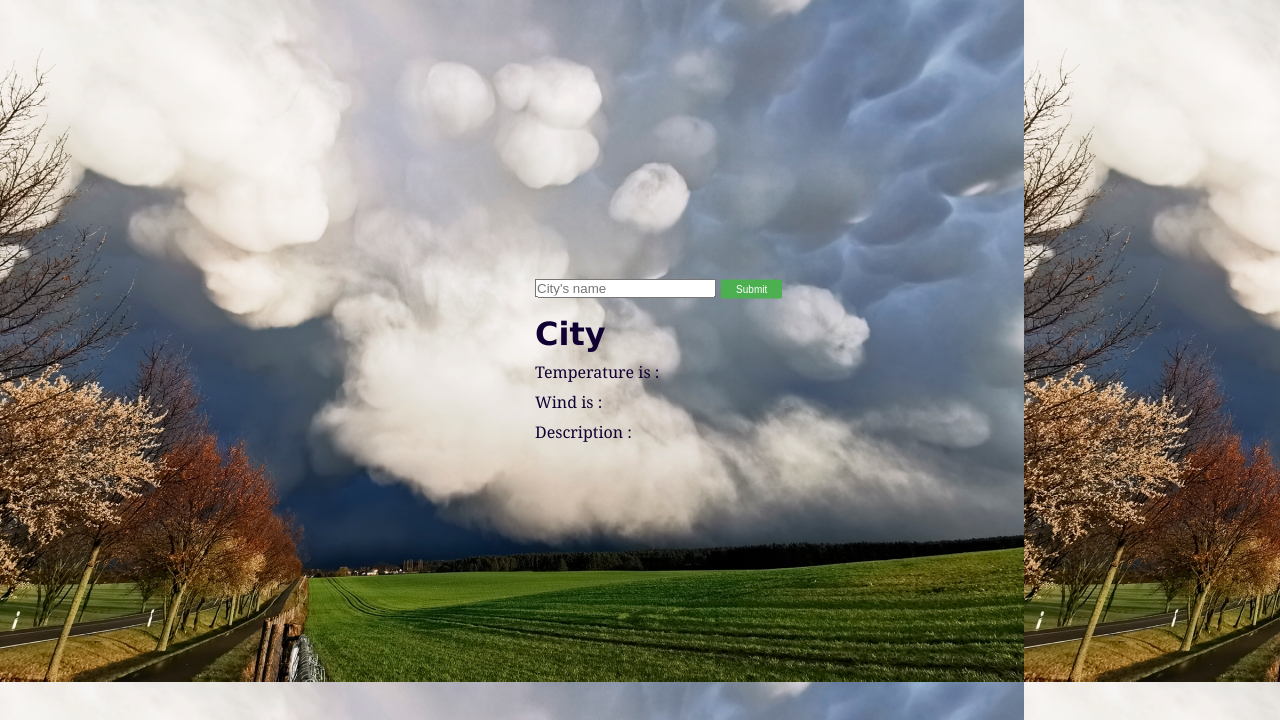
Repository: heartbreathing/searchWeather
Page: index.html
These files come from the project's save history. The page is drawn as it stood at one moment and after the next save; the edit follows.
The browser window is 1280 px wide. The pictures show the whole page.

Above is the page before, as saved 2022-11-06 22:55:43.

### index.html
<!DOCTYPE html>
<html lang="en">
  <head>
    <meta charset="UTF-8" />
    <meta http-equiv="X-UA-Compatible" content="IE=edge" />
    <meta name="viewport" content="width=device-width, initial-scale=1.0" />
    <title>search_weather</title>
    <link rel="stylesheet" href="index.css" />
  </head>
  <body>
    <div class="content">

      <form class="form">
        <input type="text" name="name" placeholder="City's name" />
        <button type="submit" class="btn">Submit</button>
      </form>
      <h1><span class="name" >City</span></h1>
      <p class="content_line">
        Temperature is : <span class="temperature"></span>
      </p>
      <p class="content_line">Wind is :<span class="wind"></span></p>
      <p class="content_line">Description :<span class="description"></span></p>
    </div>

    <script src="index.js"></script>
  </body>
</html>

### index.css
* {
    margin: 0;
    padding: 0;
    box-sizing: border-box ;
}
body {
    background-image: url(./image/background_image.jpg) ;
    font-family: 'Lucida Sans', 'Lucida Sans Regular', 'Lucida Grande', 'Lucida Sans Unicode', Geneva, Verdana, sans-serif ;
    color: rgb(16, 1, 50);
}
.content {
    position: absolute;
    display: inline-block;
    width: 300px;
    top:50%;
    left:50%;
    transform: translate(-35%, -50%);
    row-gap: 1rem;
}
h1 {
    margin-top: 1rem;
}
.content_line {
    font-family:Cambria, Cochin, Georgia, Times, 'Times New Roman', serif ;
    font-size: 1rem;
    margin-top: 0.5rem;
}
.btn {
    background-color: #4CAF50; /* Green */
    border: none;
    color: white;
    padding: 4px 15px;
    text-align: center;
    text-decoration: none;
    display: inline-block;
    font-size: 10px;
    border-radius: 2px;

}

### index.js
    "use strict";
      let form = document.querySelector('.form');
      let city;

      async function getData() {
        let res = await fetch(
          `https://goweather.herokuapp.com/weather/${city}`
        );
        const data = await res.json();

        const temp = document.querySelector('.temperature');
        const wind = document.querySelector('.wind');
        const forecast = document.querySelector('.content');
        const description = document.querySelector('.description');
        // const name = document.querySelector('.name')

        temp.innerHTML = data.temperature;
        wind.innerHTML = data.wind;
        description.innerHTML = data.description;
        // name.innerHTML = city

      }

      form.addEventListener('submit', function (event) {
        event.preventDefault();
        city = this.elements.name.value;
        getData();
      });

After the next save:
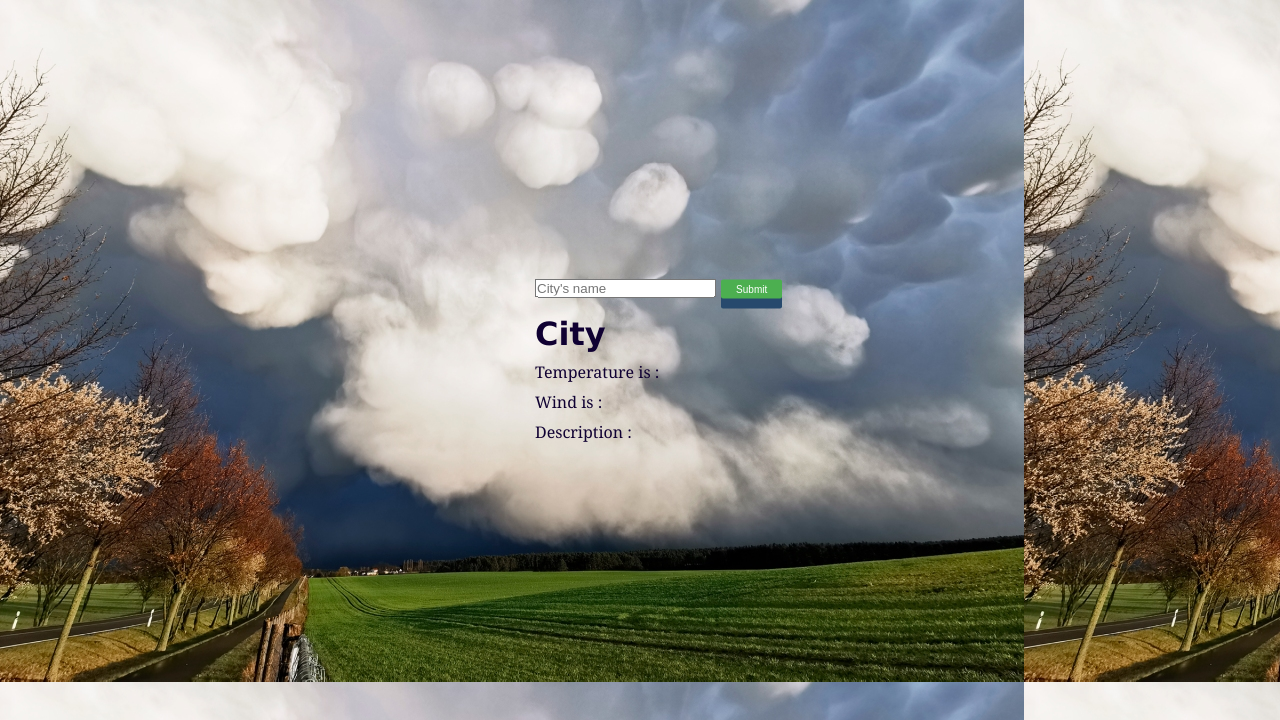
Saved 22 s later.
--- a/index.css
+++ b/index.css
@@ -35,5 +35,6 @@ h1 {
     display: inline-block;
     font-size: 10px;
     border-radius: 2px;
+    box-shadow: 0 10px #27496d;
 
 }
